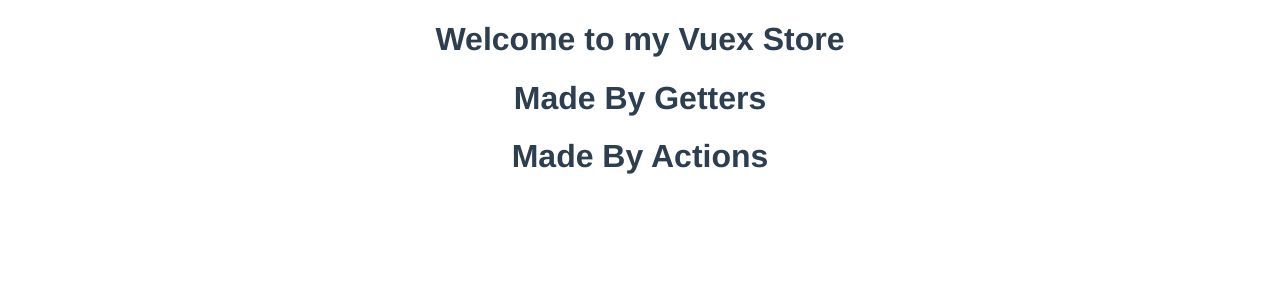
Repository: HaoMiffy/Vue3-compositionAPI-vuex-axios
Page: /
An editor plug-in stored every save of this project. The page is shown before and after the next save, followed by the edit.
The browser window is 1280 px wide. The pictures show the whole page.
The project was rebuilt for these pictures with package versions that can differ from the ones it lists, and the page was loaded fresh each time. Also part of the build but not shown: vue.config.js, src/components/HelloWorld.vue, src/views/HomeView.vue.

Above is the page before, as saved 2022-12-13 15:56:25.

### src/main.js
import { createApp } from 'vue'
import App from './App.vue'
import router from './router'
import store from './store'
import axios from 'axios'
import VueAxios from 'vue-axios'



createApp(App).use(VueAxios, axios).use(store).use(router).mount('#app')

### src/App.vue
<template>
  <div class="hello">
    <h1>{{ msg }}</h1>
    <h1>Made By Getters</h1>
    <div v-for="user in getUsers" :key="user.id">
      {{ user.id }} {{ user.name }}
    </div>
    <h1>Made By Actions</h1>
    <div v-for="user in users" :key="user.id">
      {{ user.id }} {{ user.name }}
    </div>
  </div>
</template>

<script setup>
import { ref, onMounted, computed } from "vue";
import { useStore } from "vuex";
const store = useStore();
const msg = ref("Welcome to my Vuex Store");
const getUsers = computed(() => {
  return store.getters.getUsers;
});
const users = computed(() => {
  return store.state.users;
});
onMounted(() => {
  store.dispatch("fetchUsers");
});
</script>





<style>
#app {
  font-family: Avenir, Helvetica, Arial, sans-serif;
  -webkit-font-smoothing: antialiased;
  -moz-osx-font-smoothing: grayscale;
  text-align: center;
  color: #2c3e50;
}

nav {
  padding: 30px;
}

nav a {
  font-weight: bold;
  color: #2c3e50;
}

nav a.router-link-exact-active {
  color: #42b983;
}
</style>

### src/store/index.js
import { createStore } from 'vuex'
import axios from 'axios'



export default createStore({
  state: {
    users:[]
  },
  getters: {
    getUsers: (state) => state.users,
  },
  actions: {
    async fetchUsers({ commit }) {
      try {
        const data = await axios.get(
          "/data.json"
        );
        commit("SET_USERS", data.data);
      } catch (error) {
        alert(error);
        console.log(error);
      }
    },
  },
  //to handle mutations
  mutations: {
    SET_USERS(state, users) {
      state.users = users;
    },
  },
  modules: {
  }
})

### public/data.json
{
    "title":"table",
    "users":[
        {
            "id":1,
            "name":"Max"
        },
        {
            "id":2,
            "name":"Joy"
        },
        {
            "id":3,
            "name":"Josh"
        }
    ],
    "posts":[
        {
            "title":1
        },
        {
            "title":2
        },
        {
            "title":3
        }
    ]
}

Loaded but not shown: public/index.html (common file); src/router/index.js (common file)

After the next save:
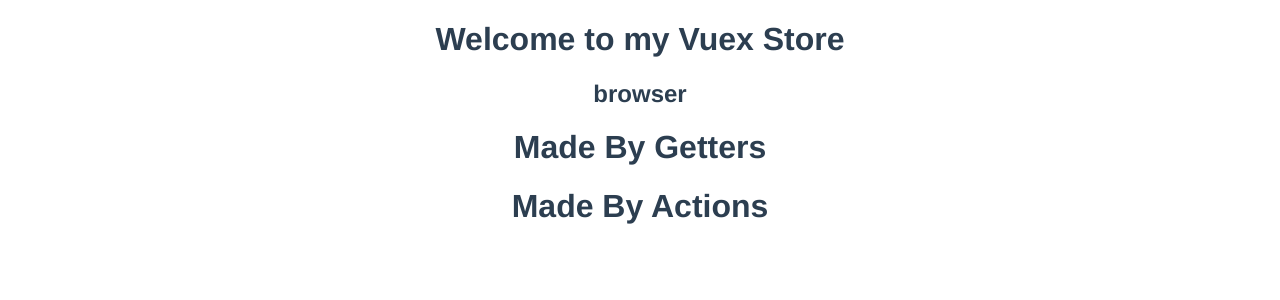
Saved 19 s later.
--- a/src/App.vue
+++ b/src/App.vue
@@ -1,6 +1,7 @@
 <template>
   <div class="hello">
     <h1>{{ msg }}</h1>
+    <h2>{{title}}</h2>
     <h1>Made By Getters</h1>
     <div v-for="user in getUsers" :key="user.id">
       {{ user.id }} {{ user.name }}
@@ -13,6 +14,7 @@
 </template>
 
 <script setup>
+import { title } from "process";
 import { ref, onMounted, computed } from "vue";
 import { useStore } from "vuex";
 const store = useStore();

After the save that followed:
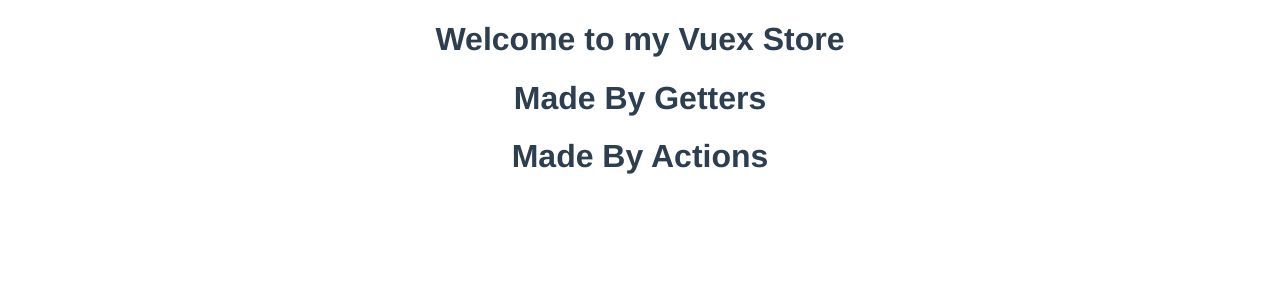
Saved 19 s later.
--- a/src/App.vue
+++ b/src/App.vue
@@ -14,7 +14,6 @@
 </template>
 
 <script setup>
-import { title } from "process";
 import { ref, onMounted, computed } from "vue";
 import { useStore } from "vuex";
 const store = useStore();
